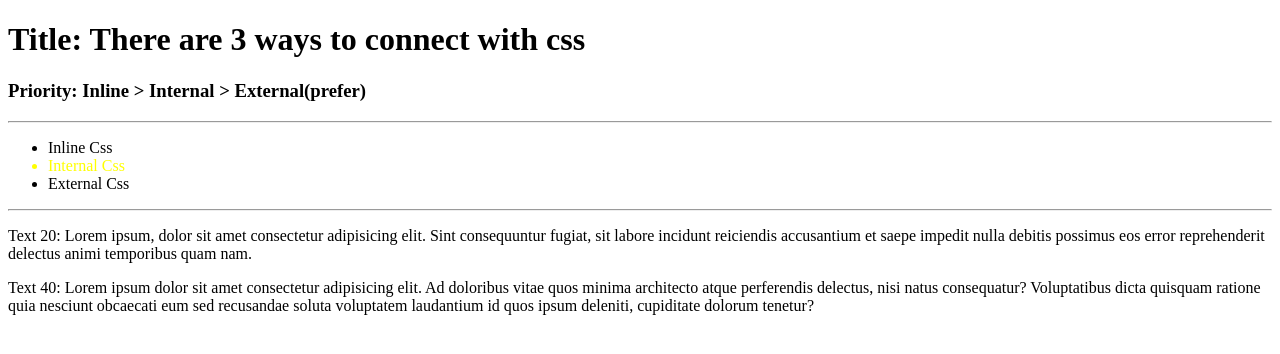
Repository: j4tdn/java18-repository
Page: 2. CSS3/ex01-test-css-connection.html
An editor plug-in stored every save of this project. The page is shown before and after the next save, followed by the edit.
The browser window is 1280 px wide. The pictures show the whole page.

Above is the page before, as saved 2023-10-21 17:48:36.

After the next save:
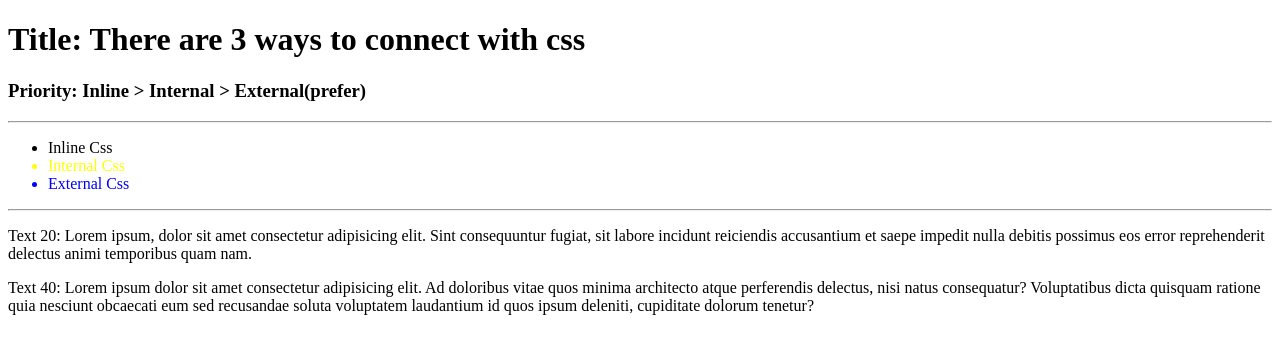
Saved 28 s later.
--- a/2. CSS3/css/style-connect.css
+++ b/2. CSS3/css/style-connect.css
@@ -1,4 +1,4 @@
-li:last-child() {
+li:last-child {
   color: blue;
 }
 li:nth-child(2) {
